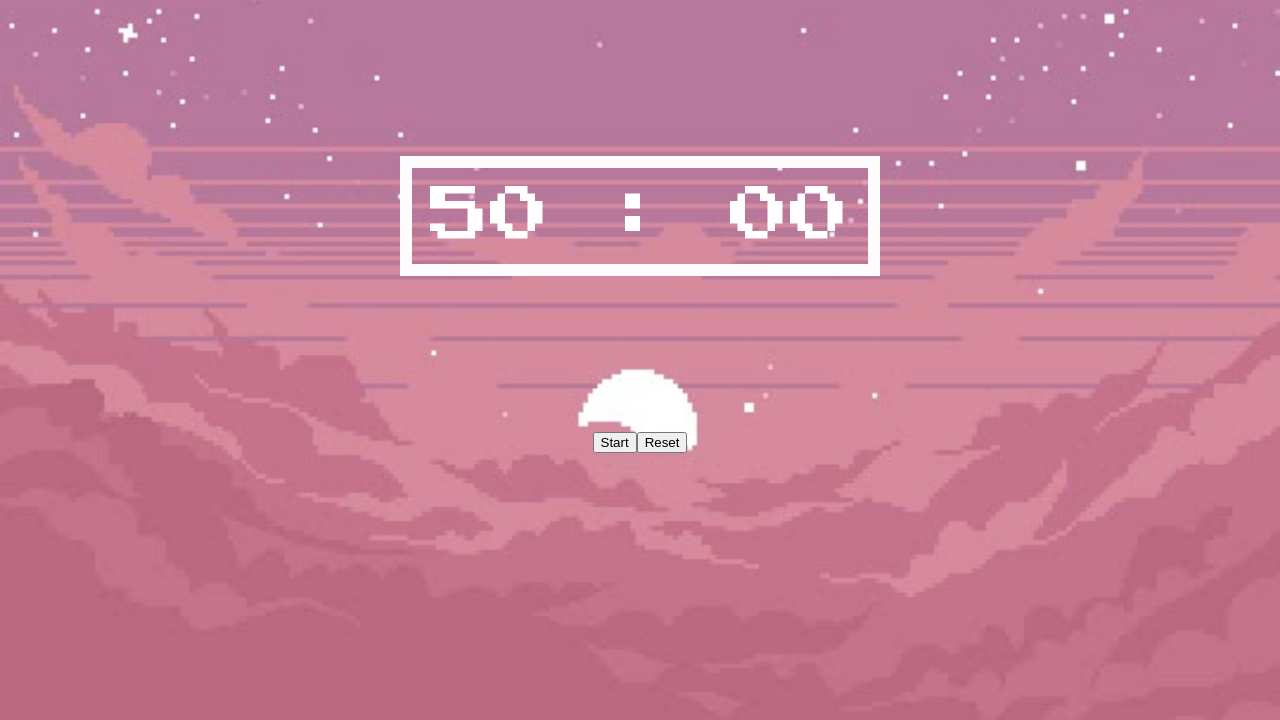
Repository: niharikapatil2306/Study-Timer
Page: index.html
An editor plug-in stored every save of this project. The page is shown before and after a run of saves, followed by the edit.
The browser window is 1280 px wide. The pictures show the whole page.

Above is the page before, as saved 2025-02-15 17:44:19.

### index.html
<!DOCTYPE html>
<html lang="en">
<head>
    <meta charset="UTF-8">
    <meta name="viewport" content="width=device-width, initial-scale=1.0">
    <title>Study Timer</title>
    <link href="https://fonts.googleapis.com/css2?family=Press+Start+2P&display=swap" rel="stylesheet">
    <link rel="stylesheet" href="style.css" />
</head>
<body style="background-color: black;">
    <div class="container">
        <div class="timer">
            <div class="box">
                <span id="min">
                    50
                </span>
                :
                <span id="sec">
                    00
                </span>
            </div>
        </div>
        <div class="button_container">
            <button id="start">
                Start
            </button>
            <button id="reset">
                Reset
            </button>
        </div>
    </div>
    <script src="./clock.js"></script>
</body>
</html>

### style.css
body {
    margin: 0;
    padding: 0;
    background: url("./img/bg.jpeg") no-repeat center center fixed;
    background-size: cover;
}

.container{
    height: 100vh;
}

.box{
    border: 12px solid #FDFBFC;
    padding: 18px;
}

.timer{
    font-family: 'Press Start 2P', monospace;
    height: 60vh;
    font-size: 60px;
    font-weight: 400;
    color: white;
    display: flex;
    align-items: center;
    justify-content: center;
}

.button_container{
    display: flex;
    align-items: center;
    justify-content: center;
}

/* .timer {

    font-size: 50px;
    color: ivory;
    text-rendering: optimizeSpeed;
}

.box{
    width: max-content ;
    border: 1px solid white;
}

span{
    padding: 4px;
    margin: 8px;
}

.container{
    text-align: center;
    width: 100vw;
    height: 100vh;
    display: flex;
    position: relative; */
    /* flex-direction: column;
    justify-content: center;

} */

### clock.js
let timer;
let timeLeft = 50*60 // 50 minutes
const min = document.getElementById("min");
const sec = document.getElementById("sec");
const startBtn = document.getElementById("start");
const resetBtn = document.getElementById("reset");

function updateDisplay(){
    let minutes = Math.floor(timeLeft/60);
    let seconds = timeLeft%60;
    min.textContent = minutes.toString().padStart(2, "0");
    sec.textContent = seconds.toString().padStart(2, "0");
}

startBtn.addEventListener("click", () => {
    if(!timer){
        timer = setInterval(() => {
            if(timeLeft>0){
                timeLeft--;
                updateDisplay();
            }
            else{
                clearInterval(timer);
                timer = null;
                alert("Take a break!!")
            }
        }, 1000);
    }
});

resetBtn.addEventListener("click", () => {
    clearInterval(timer);
    timer = null;
    timeLeft = 50*60;
    updateDisplay();
});

After the next 2 saves:
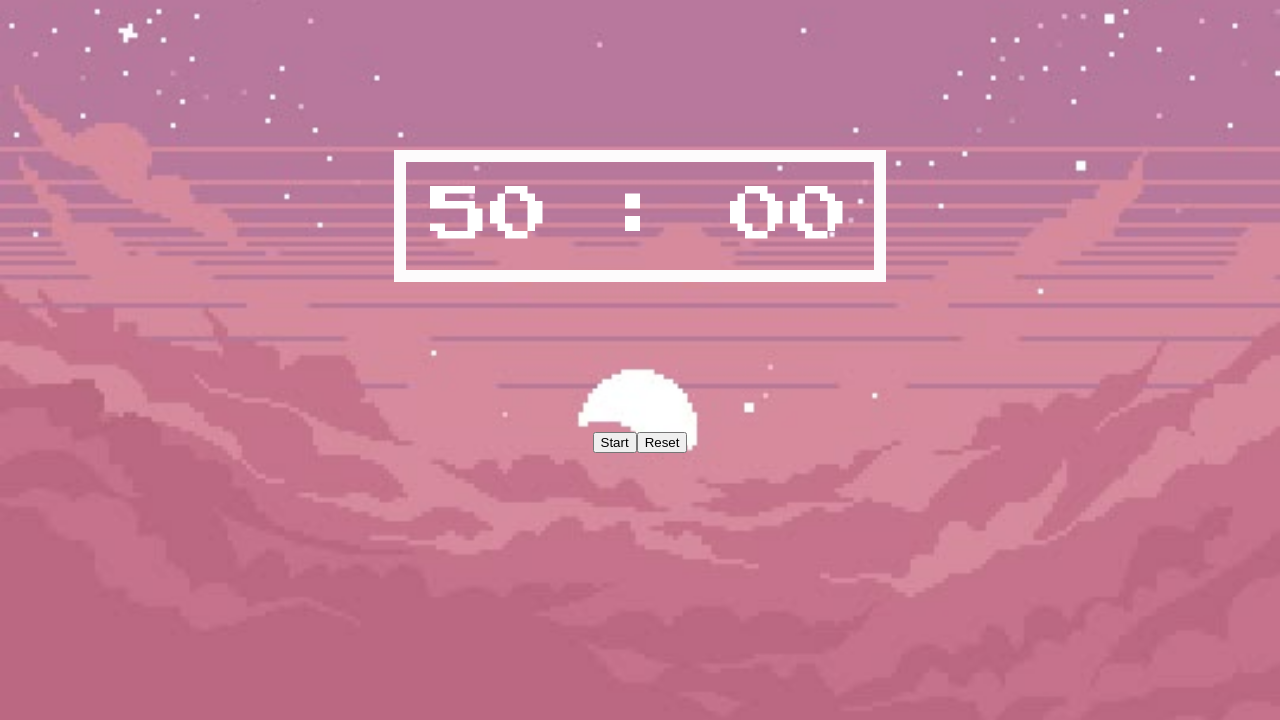
The 2 saves are shown as one change because they came seconds apart.
The last was saved 7 s later.
--- a/style.css
+++ b/style.css
@@ -11,7 +11,7 @@ body {
 
 .box{
     border: 12px solid #FDFBFC;
-    padding: 18px;
+    padding: 24px;
 }
 
 .timer{
